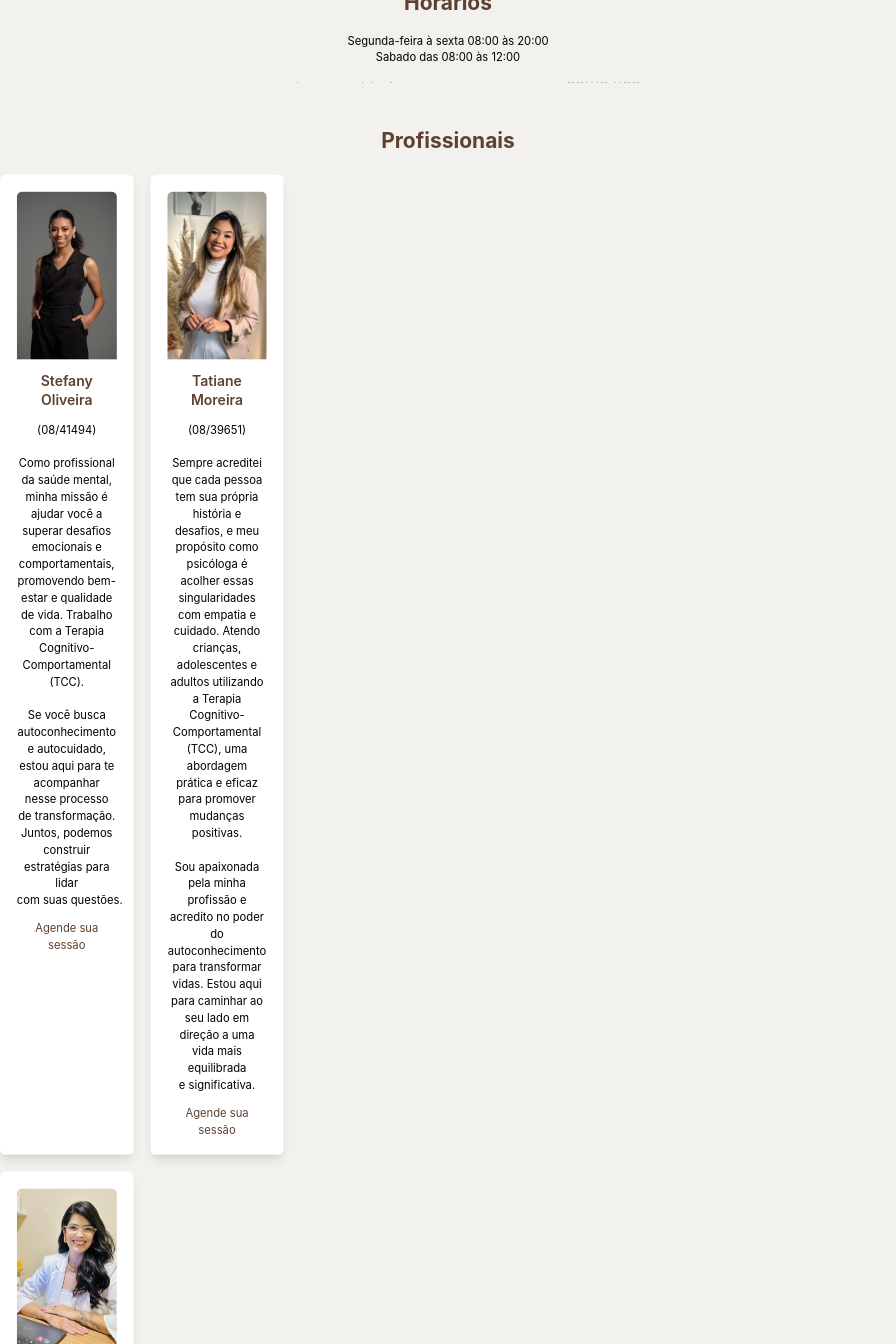
Repository: Mcervelheri/Nous
Page: /
The author's editor kept a copy of each file at every save. The page is drawn from the files as they stood at one save, then again after the next save.
The browser window is 1280 px wide. The pictures show the part of the page from y = 1374 to 3294 px (the page is 4752 px tall before and 4004 px after), at 70% of full size.
The project was rebuilt for these pictures with package versions that can differ from the ones it lists, and the page was loaded fresh each time. Also part of the build but not shown: vite.config.js.

Above is the page before, as saved 2025-02-19 22:48:42.

After the next save:
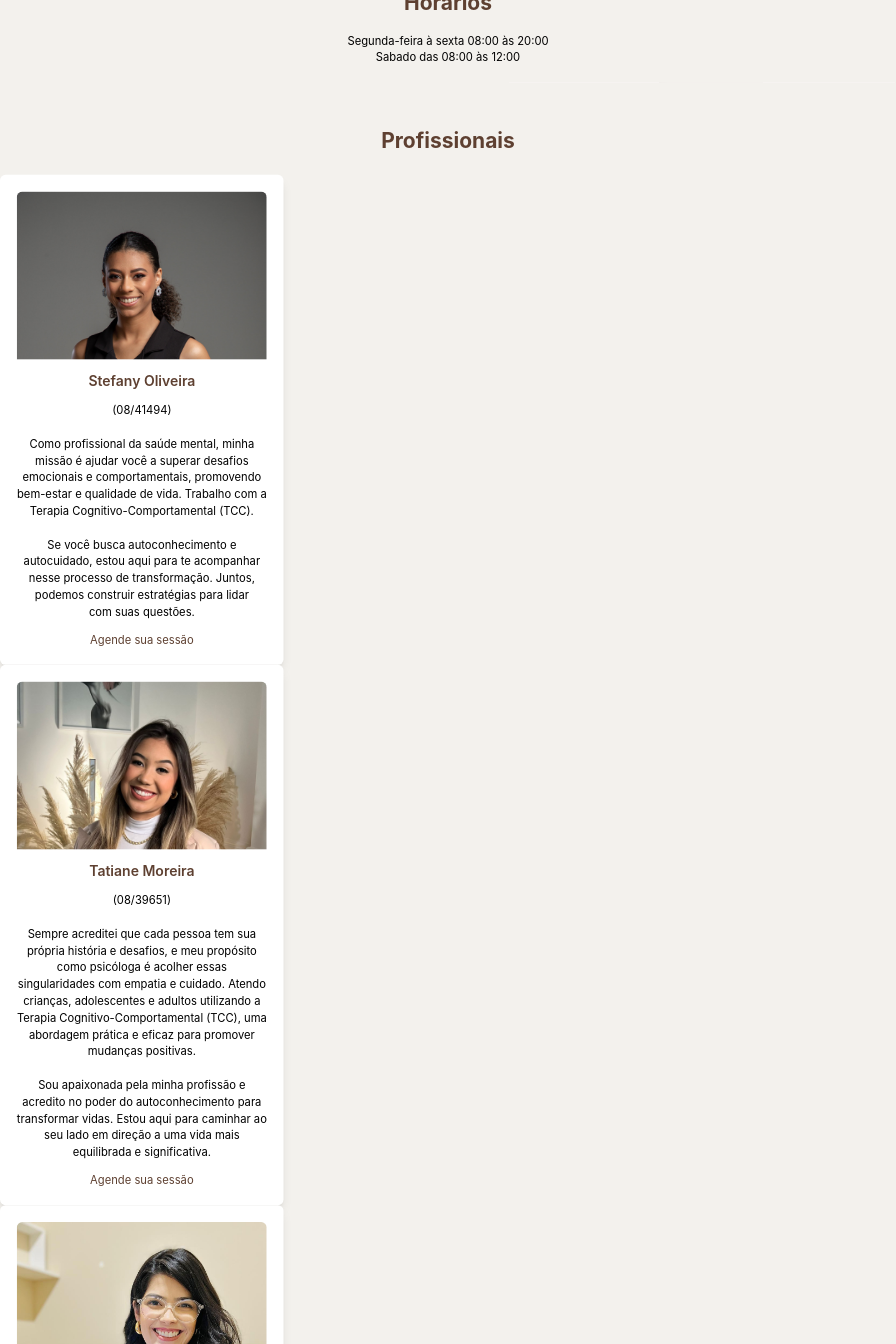
Saved 16 s later.
--- a/src/components/ProfessionalsList.jsx
+++ b/src/components/ProfessionalsList.jsx
@@ -4,7 +4,7 @@ import professionalsData from "./ProfessionalsData";
 
 export const ProfessionalsList = () => {
   return (
-    <div className="grid grid-cols-1 md:grid-cols-2 gap-6">
+    <div className="grid-cols-1 md:grid-cols-2 gap-6">
       {professionalsData.map((professional, index) => (
         <Professional
           key={index}
